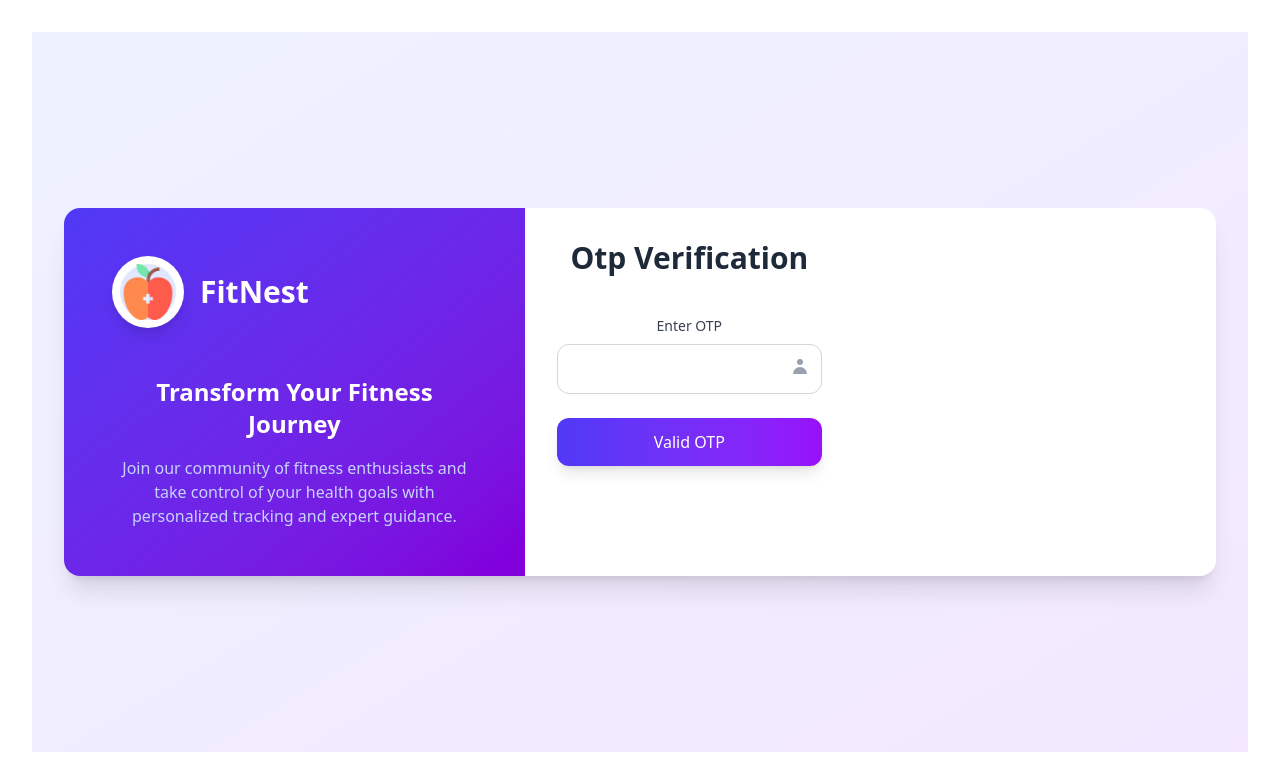
Repository: aryan151pratap/FitPanda
Page: / (app in frontened/), after clicking the first element matching `button.w-full`
An editor plug-in stored every save of this project. The page is shown before and after the next save, followed by the edit.
The browser window is 1280 px wide. The pictures show the whole page.
The project was rebuilt for these pictures with package versions that can differ from the ones it lists, and the page was loaded fresh each time. Also part of the build but not shown: frontened/vite.config.js.

Above is the page before, as saved 2025-06-03 23:45:05.

After the next save:
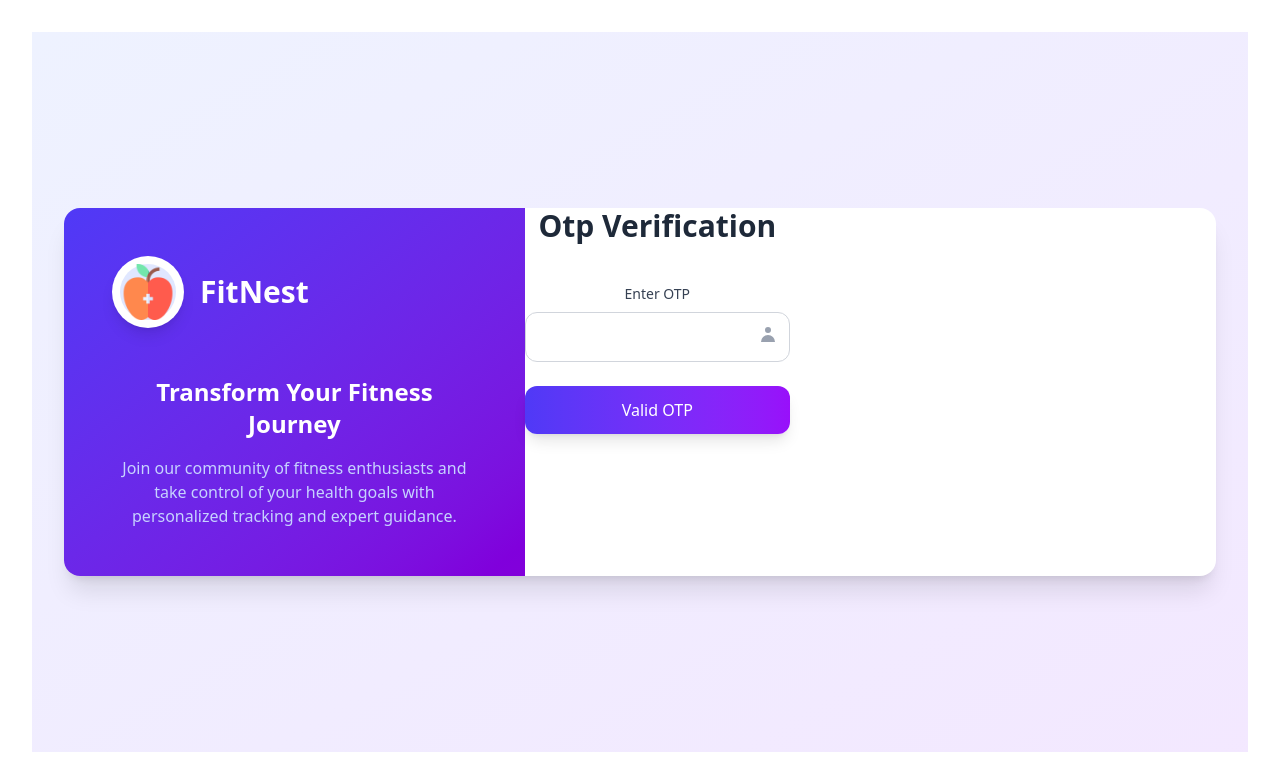
Saved 24 s later.
--- a/frontened/src/login/otp.jsx
+++ b/frontened/src/login/otp.jsx
@@ -1,7 +1,7 @@
 function Otp(){
 	return(
 		<>
-		<div className="w-full p-8">
+		<div className="w-full">
             <div className="text-center mb-10">
               <h2 className="text-3xl font-bold text-gray-800">Otp Verification</h2>
               <p className="text-gray-500 mt-2"></p>
